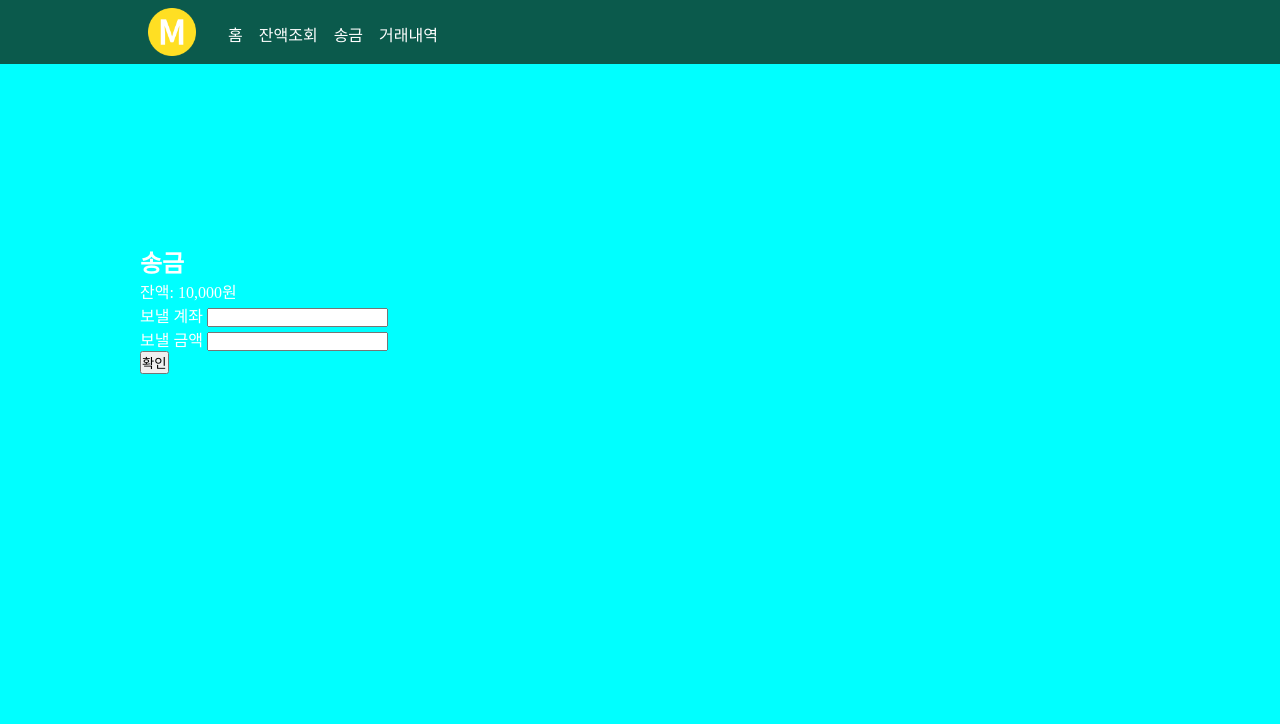
Repository: JiNookk/makaobank
Page: week06/makaoBank/transfer.html
An editor plug-in stored every save of this project. The page is shown before and after the next save, followed by the edit.
The browser window is 1280 px wide. The pictures show the whole page.

Above is the page before, as saved 2022-09-13 16:57:21.

After the next save:
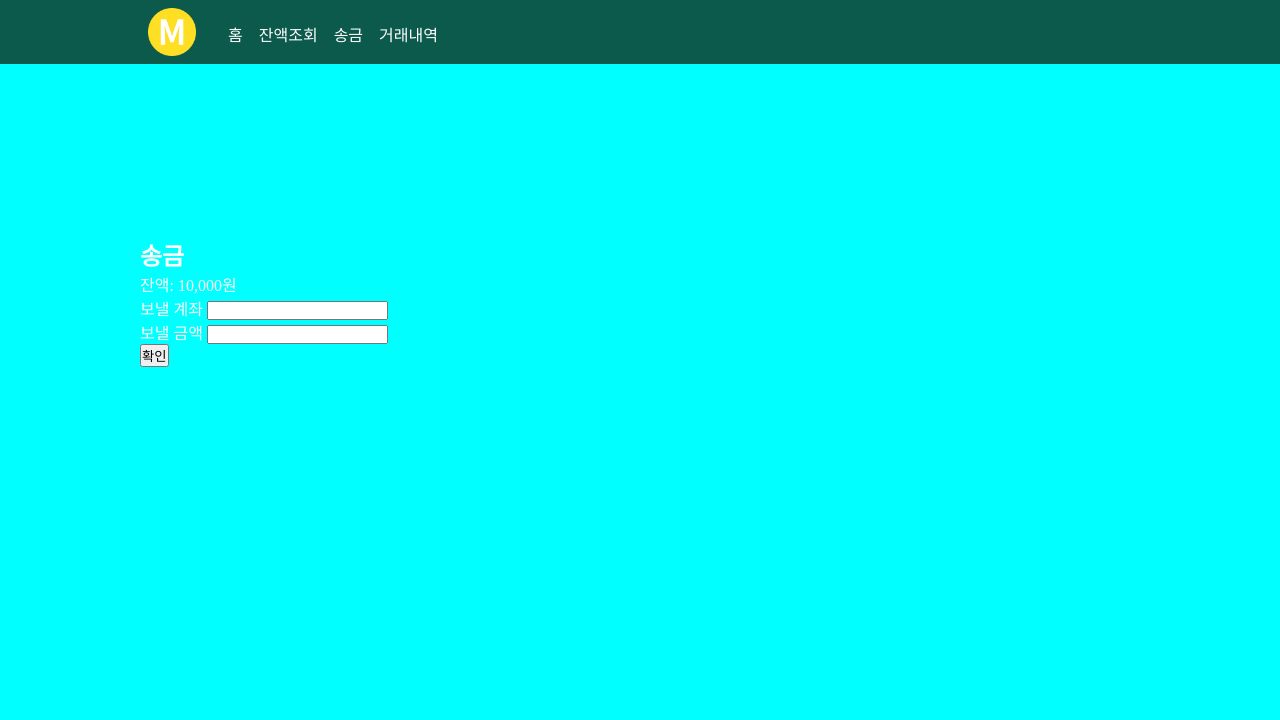
Saved 3 min 3 s later.
--- a/week06/makaoBank/css/layout.css
+++ b/week06/makaoBank/css/layout.css
@@ -1,6 +1,6 @@
 body{
     display: grid;
-    grid: 4rem 180px 300px 180px / 1fr 500px 500px 1fr;
+    grid: 4rem 24vh 300px 24vh / 1fr 500px 500px 1fr;
 
     grid-template-areas:
     "header header header header"
